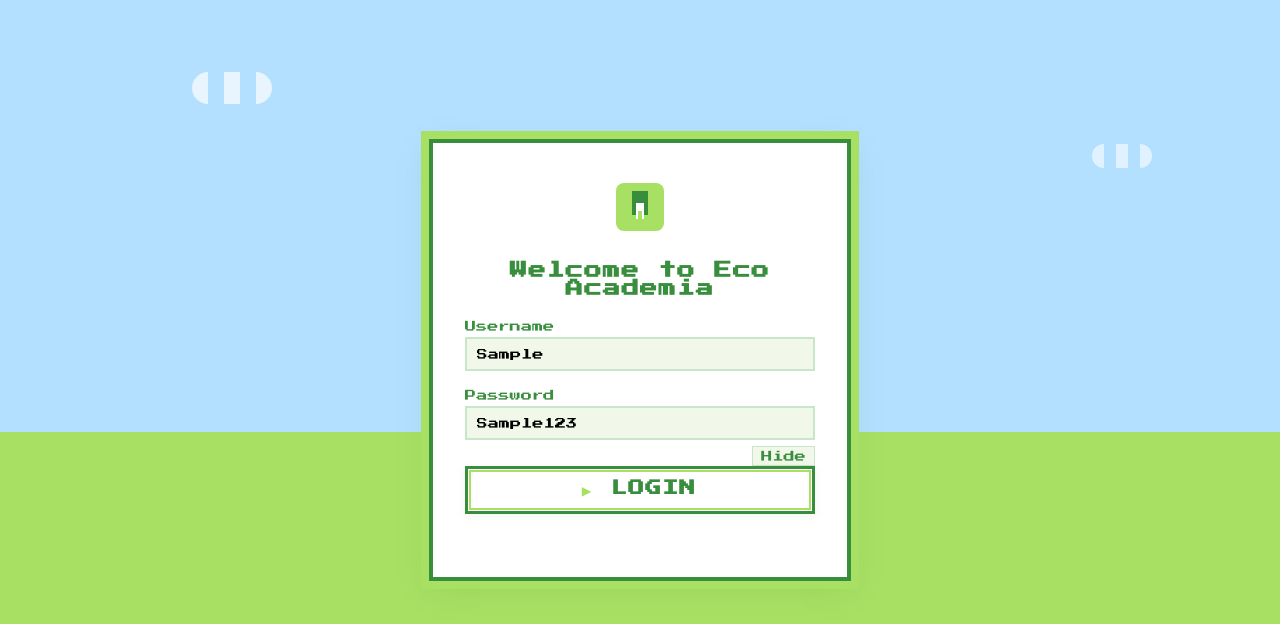
Repository: hotaruhshs/eco-academia
Page: login/index.html
An editor plug-in stored every save of this project. The page is shown before and after the next save, followed by the edit.
The browser window is 1280 px wide. The pictures show the whole page.
Empty fields were first filled with sample values (such as "Sample", 5 or name@example.com).
After loading, the first visible `#togglePassword` was clicked once.

Above is the page before, as saved 2025-07-06 01:24:01.

After the next save:
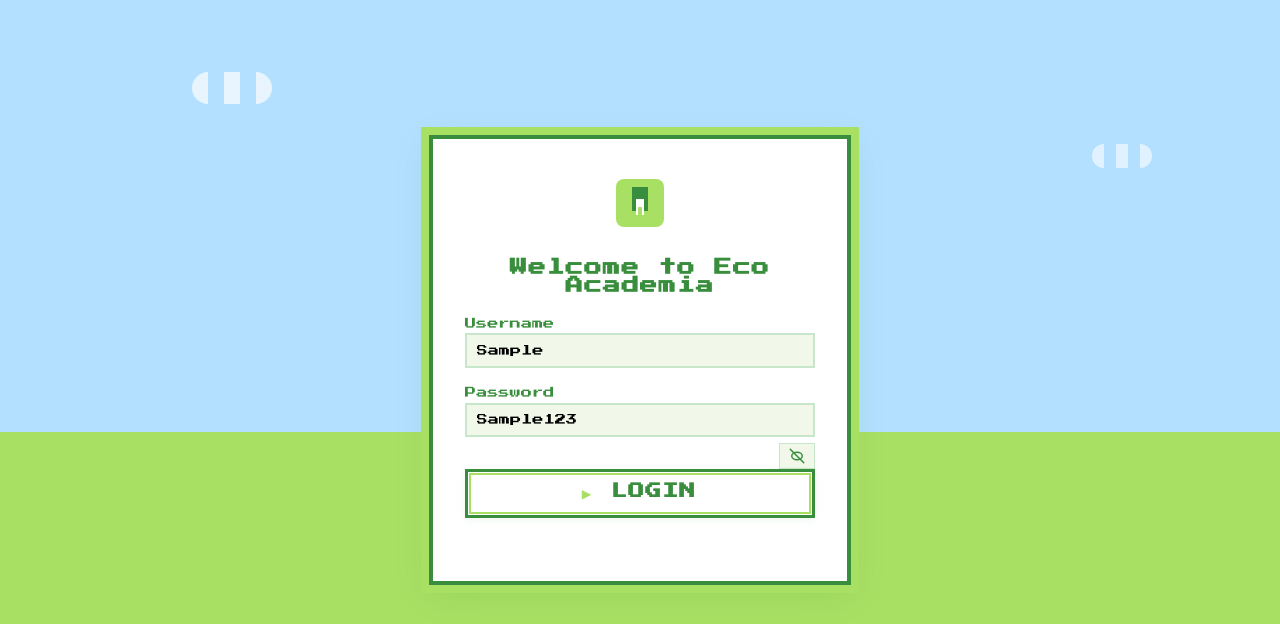
Saved 6 s later.
--- a/login/js/login.js
+++ b/login/js/login.js
@@ -5,15 +5,19 @@ const loginMessage = document.getElementById('loginMessage');
 // Show/hide password functionality
 const passwordInput = document.getElementById('password');
 const togglePasswordBtn = document.getElementById('togglePassword');
-if (togglePasswordBtn && passwordInput) {
+const eyeOpen = document.getElementById('eyeOpen');
+const eyeClosed = document.getElementById('eyeClosed');
+if (togglePasswordBtn && passwordInput && eyeOpen && eyeClosed) {
     togglePasswordBtn.addEventListener('click', function () {
         if (passwordInput.type === 'password') {
             passwordInput.type = 'text';
-            togglePasswordBtn.textContent = 'Hide';
+            eyeOpen.style.display = 'none';
+            eyeClosed.style.display = 'inline';
             togglePasswordBtn.setAttribute('aria-label', 'Hide password');
         } else {
             passwordInput.type = 'password';
-            togglePasswordBtn.textContent = 'Show';
+            eyeOpen.style.display = 'inline';
+            eyeClosed.style.display = 'none';
             togglePasswordBtn.setAttribute('aria-label', 'Show password');
         }
     });
